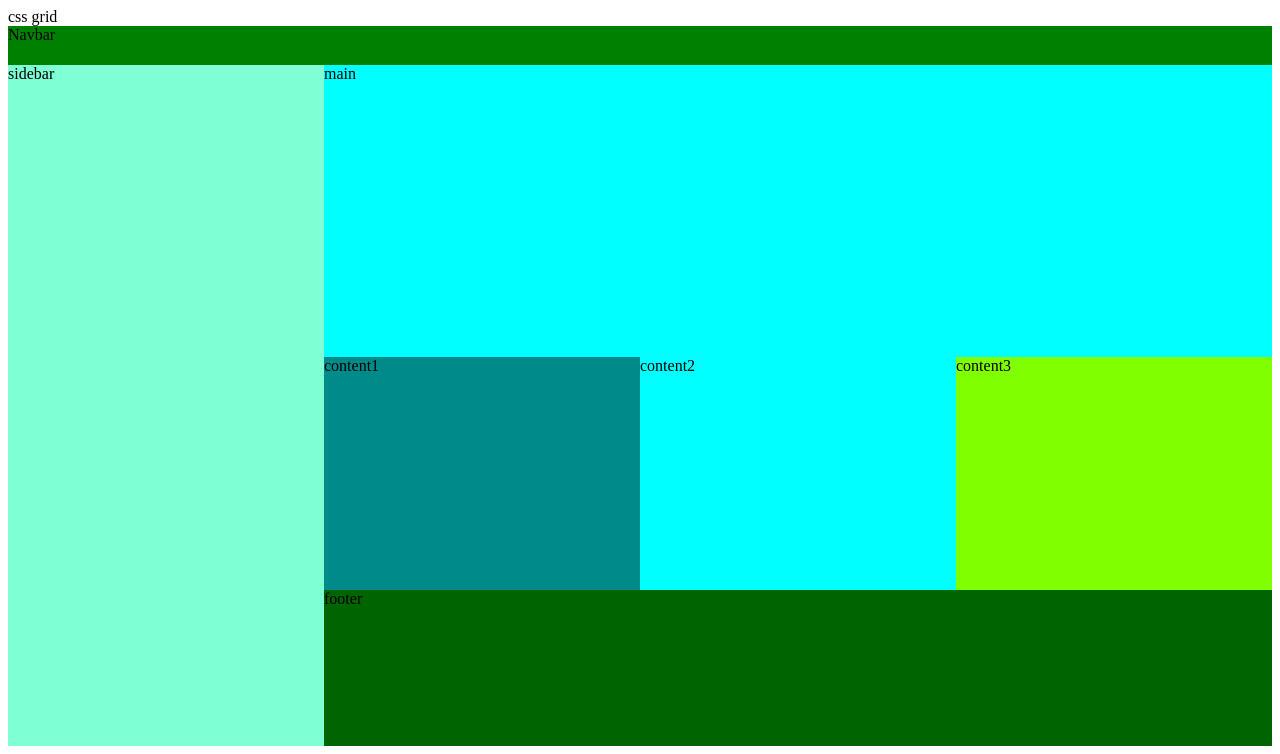
Repository: miraclesamson/cssgrid
Page: index.html
An editor plug-in stored every save of this project. The page is shown before and after the next save, followed by the edit.
The browser window is 1280 px wide. The pictures show the whole page.

Above is the page before, as saved 2022-06-24 12:52:28.

### index.html
<!DOCTYPE html>
<html lang="en">

<head>
    <meta charset="UTF-8">
    <meta http-equiv="X-UA-Compatible" content="IE=edge">
    <meta name="viewport" content="width=device-width, initial-scale=1.0">
    <link rel="stylesheet" href="./style.css" <title>css grid</title>
</head>

<body>
    <div class="container">
        <nav>Navbar</nav>
        <main>main</main>
        <div id="sidebar">sidebar</div>
        <div id="content1">content1</div>
        <div id="content2">content2</div>
        <div id="content3">content3</div>
        <div id="footer">footer</div>

    </div>

</body>

</html>

### style.css
.container {
  display: grid;
  height: 100vh;
  grid-template-columns: 1fr 1fr 1fr 1fr;
  grid-template-rows: 0.2fr 1.5fr 1.2fr 0.8fr;
  grid-template-areas:
    "nav nav nav nav"
    "sidebar main main main"
    "sidebar content1 content2 content3"
    "sidebar footer footer footer";
}
nav {
  background: green;
  grid-area: nav;
}
main {
  background: aqua;
  grid-area: main;
}
#sidebar {
  background: aquamarine;
  grid-area: sidebar;
}
#content1 {
  background: darkcyan;
  grid-area: content1;
}
#content2 {
  background: cyan;
  grid-area: content2;
}
#content3 {
  background: chartreuse;
  grid-area: content3;
}
#footer {
  background: darkgreen;
  grid-area: footer;
}

After the next save:
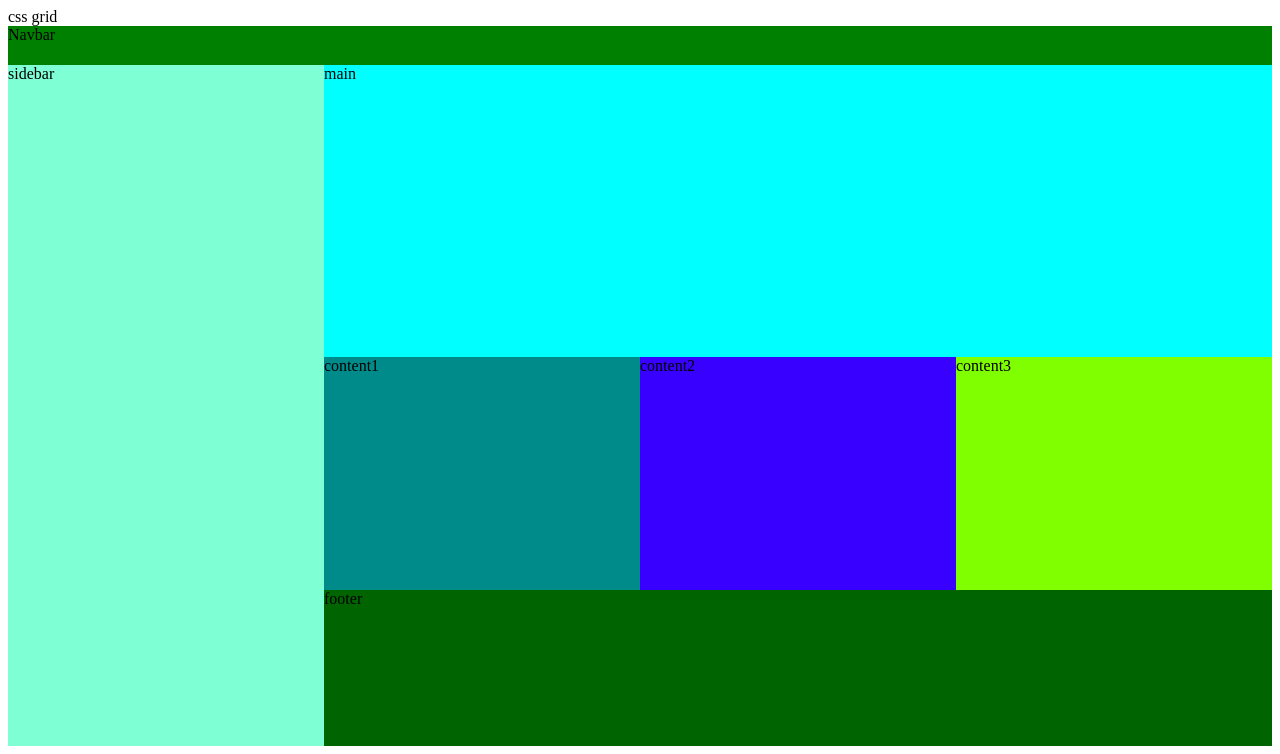
Saved 3 min 9 s later.
--- a/style.css
+++ b/style.css
@@ -26,7 +26,7 @@ main {
   grid-area: content1;
 }
 #content2 {
-  background: cyan;
+  background: rgb(55, 0, 255);
   grid-area: content2;
 }
 #content3 {
